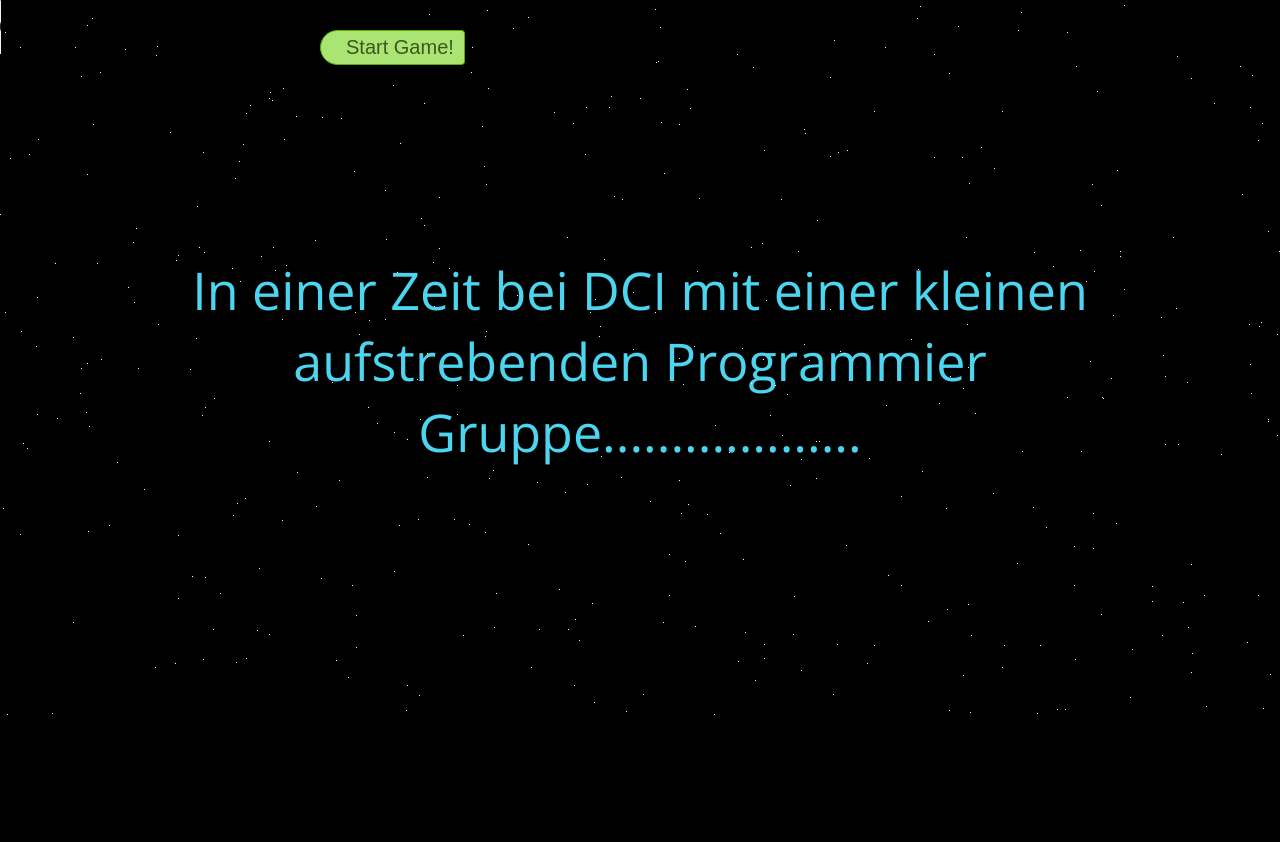
Repository: Der-Metatron/Projekt-Omega-Sprotte
Page: /
These files come from the project's save history. The page is drawn as it stood at one moment and after the next save; the edit follows.
The browser window is 1280 px wide. The pictures show the whole page.
The project was rebuilt for these pictures with package versions that can differ from the ones it lists, and the page was loaded fresh each time. Also part of the build but not shown: src/services/game-control.js, src/components/GameCanvas.jsx, src/components/Footer.jsx.

Above is the page before, as saved 2022-06-23 17:05:35.

### public/index.html
<!DOCTYPE html>
<html lang="de">
  <head>
    <meta charset="UTF-8" />
    <meta name="Metatron" content="width=device-width, initial-scale=1.0" />
    <link rel="stylesheet" href="style.css" />

    <title>Projekt-Omega></title>
  </head>

  <body>
    <!-- <body onload="startGame()"> -->
    <div id="root"></div>
    <!-- TEST -->
    <div id="canvasbackground"></div>
  </body>
</html>

### src/App.js
/* Hier werden die Einzelnen Seiten Hinzugefügt */
import "./App.css";
import { useState } from "react";
import { GameCanvas } from "./components/GameCanvas";
import { Welcome } from "./components/Welcome";
import { Footer } from "./components/Footer";

function App() {
  const [currentPage, setCurrentPage] = useState(0);
  return (
    <div className="App">
      {currentPage === 0 ? (
        <>
          <Welcome
            onContinue={() => {
              setCurrentPage(1);
            }}
          />
        </>
      ) : (
        <>
          <h1>Projekt Omega</h1>
          <GameCanvas />
          <Footer />
        </>
      )}
    </div>
  );
}

export default App;

### src/components/Welcome.jsx
import React from "react";
import "./Welcome.css";
import ReactAudioPlayer from "react-audio-player";

function randomPosition() {
  let y = window.innerWidth;
  let x = window.innerHeight;
  let randomX = Math.floor(Math.random() * x);
  let randomY = Math.floor(Math.random() * y);
  return [randomX, randomY];
}

export const Welcome = ({ onContinue }) => {
  const starDivs = [];
  for (let i = 0; i < 400; i++) {
    let xy = randomPosition();
    starDivs.push(
      <div
        key={i}
        className="stars"
        style={{
          top: xy[0],
          left: xy[1],
        }}
      ></div>
    );
  }
  /* ----------------------------------------------------------------------------- */
  console.log(starDivs);
  /* ------------------------------------------------------------------------------ */
  return (
    <div className="welcome-container">
      {starDivs}

      {/* <!-- Erste Inro laufschrift --> */}

      <section className="intro">
        In einer Zeit bei DCI mit einer kleinen aufstrebenden Programmier
        Gruppe...................
      </section>
      <section className="logo">
        <img src="/img/1mfdt1024.jpg" alt="Projekt-Omega Geschichte" />
      </section>
      <div id="scroller">
        <div id="content">
          <p id="title">Episode DCI Abschlussprojekt</p>
          <br></br>
          <p id="subtitle">Projekt-Omega</p>
          <br />
          <p>
            Du bist alleine mit deinen Raumschiff Omega und kämpfst in einer
            Dystopischen Welt voller feindlichen Gegnern ums überleben.Während
            des 21.Jahrhundert befinden sich in der Umlaufbahn des Planeten Erde
            durch Umweltverschmutzung,zügelloser verbrauch der Ressourcen und
            Machthungriger Politiker Unmengen an Weltraum Schrott, Satelliten
            und Gruppen verschiedener Fraktionen die versuchen dir das Licht
            auszuknipsen dazu kommen nach und nach eine Invasion von Feindlichen
            Flug Objekten dazu und machen dir das Leben zur Hölle. Messe dich
            mit anderen Spielern um die Höchste Punktzahl,verewige dich in der
            Highscore und werde der Ultimative Retter des Universums.
          </p>
          <p>
            Idee: Der Metatron. Programming: Der Metatron, Serdar, Dennis. Musik
            & Sound: Der Metatron. Grafik: Emergancy-Romm Tattoo, Pixbay, Der
            Metatron. Backend: Serdar. Canvas build React: Ralf.
          </p>
          <p>Erstellt mit: Canvas, Html, Reackt, MongoDb, Express, Css.</p>
          <p>
            Danke an alle die uns bei diesen Projekt unterstützt haben und uns
            die gelegenheit gegeben haben unser Ideen zu verwirklichen.Special
            Thanks to Ralf & Chriatian. Und jetzt viel Spaß beim Zocken!!!
          </p>
        </div>
      </div>

      <footer>
        {/* ---------------------AUDIO-------------------------------------------- */}
        <ReactAudioPlayer
          src="/audio/Musik/Projekt Omega cut.mp3"
          autoPlay
          controls
          volume={0.5}
        />
        {/* ----------------------------------------------------------------------- */}
        <button
          onClick={() => {
            onContinue();
          }}
        >
          Start Game!
        </button>
      </footer>
    </div>
  );
};

### src/components/GameCanvas.css
canvas {
  background-color: rgba(168, 35, 35, 0.8);
  padding-left: 0;
  padding-right: 0;
  margin-left: auto;
  margin-right: auto;
  display: block;
  width: 1224px;
  height: 640px;
  padding: 1rem;
}

/* ------------------------Animierter Hintergrund-------------------------------- */
body {
  background: linear-gradient(-45deg, #ee7752, #000000, #d5c623, #821b04);
  background-size: 400% 400%;
  animation: gradient 15s ease infinite;
}
@keyframes gradient {
  0% {
    background-position: 0% 50%;
  }
  50% {
    background-position: 100% 50%;
  }
  100% {
    background-position: 0% 50%;
  }
}
/* ------------------------------------------------------------------------------- */

.player {
  color: brown;
  align-items: flex-end;
}

### src/components/Welcome.css
@import url("https://fonts.googleapis.com/css2?family=Open+Sans&display=swap");

body {
  margin: 0;
  background-color: #000;
  overflow: hidden !important;
}

body::after {
  content: "";
  position: fixed;
  top: 0;
  left: 0;
  width: 100%;
  height: 80vh;
  background: linear-gradient(
    to bottom,
    rgba(0, 0, 0, 1) 61%,
    rgba(0, 0, 0, 0.54) 79%,
    rgba(0, 0, 0, 0) 100%
  );
  z-index: 1;
}

.stars {
  position: absolute;
  width: 1px;
  height: 1px;
  background-color: #fff;
  z-index: 3; /* davor oder dahinter legen */
}

.intro {
  position: absolute;
  top: 50%;
  left: 50%;
  transform: translate(-50%, -50%);
  z-index: 2;
  color: rgb(75, 213, 238);
  font-family: "Open Sans", sans-serif;
  font-weight: 500;
  font-size: 3.25rem;
  width: 80%;
  opacity: 0;
  animation: intro 6s ease-out 0.5s;
}

@keyframes intro {
  0% {
    opacity: 0;
  }
  20% {
    opacity: 1;
  }
  90% {
    opacity: 1;
  }
  100% {
    opacity: 0;
  }
}

.logo {
  position: absolute;
  top: 50%;
  left: 50%;
  transform: translate(-50%, -50%);
  z-index: 2;
  width: 100%;
  opacity: 0;
  animation: logo 10s ease-out 9s;
}

.logo img {
  width: inherit;
}

@keyframes logo {
  0% {
    opacity: 1;
    transform: translate(-50%, -50%) scale(2);
  }
  70% {
    opacity: 1;
  }
  100% {
    opacity: 0;
    transform: translate(-50%, -50%) scale(0.1);
  }
}

p {
  color: #ffe81f;
}

#scroller {
  font-family: sans-serif;
  font-weight: bold;
  font-size: 350%;
  text-align: justify;
  overflow: hidden;
  height: 50em;
  width: 20em;
  position: absolute;
  bottom: 0;
  left: 50%;
  margin-left: -10em;
  z-index: 0;
  transform: perspective(350px) rotateX(25deg);
  transform-origin: 50% 100%;
}

#scroller::after {
  position: absolute;
  content: "";
  bottom: 60%;
  left: 0;
  right: 0;
  top: 0;
}

#content {
  position: absolute;
  top: 100%;
  animation: scoller 100s linear 16s;
}

@keyframes scoller {
  0% {
    top: 100%;
  }
  100% {
    top: -200%;
  }
}

#title,
#subtitle {
  text-align: center;
  line-height: 1.5rem;
}

#subtitle {
  text-transform: uppercase;
  font-size: 3.5rem;
}

footer {
  position: absolute;
  z-index: 13;
}
/*  */
button {
  display: inline-block;
  margin: 20px;
  text-decoration: none;
  font-family: Arial;
  font-size: 20px;
  border: 1px solid #56ae00;
  border-radius: 25px 5px 5px 25px;
  background-color: #aae472;
  color: #3c5721;
  padding: 5px 10px 5px 25px;
}
button:hover {
  padding: 5px 25px 5px 10px;
  border-radius: 5px 25px 25px 5px;
}

.button1 {
  position: absolute;
  z-index: 11;
  float: right;
  margin-left: 0.5em;
}

Loaded but not shown: src/index.js (common file); src/index.css (common file); src/reportWebVitals.js (common file); src/App.css (common file); public/style.css (empty)

After the next save:
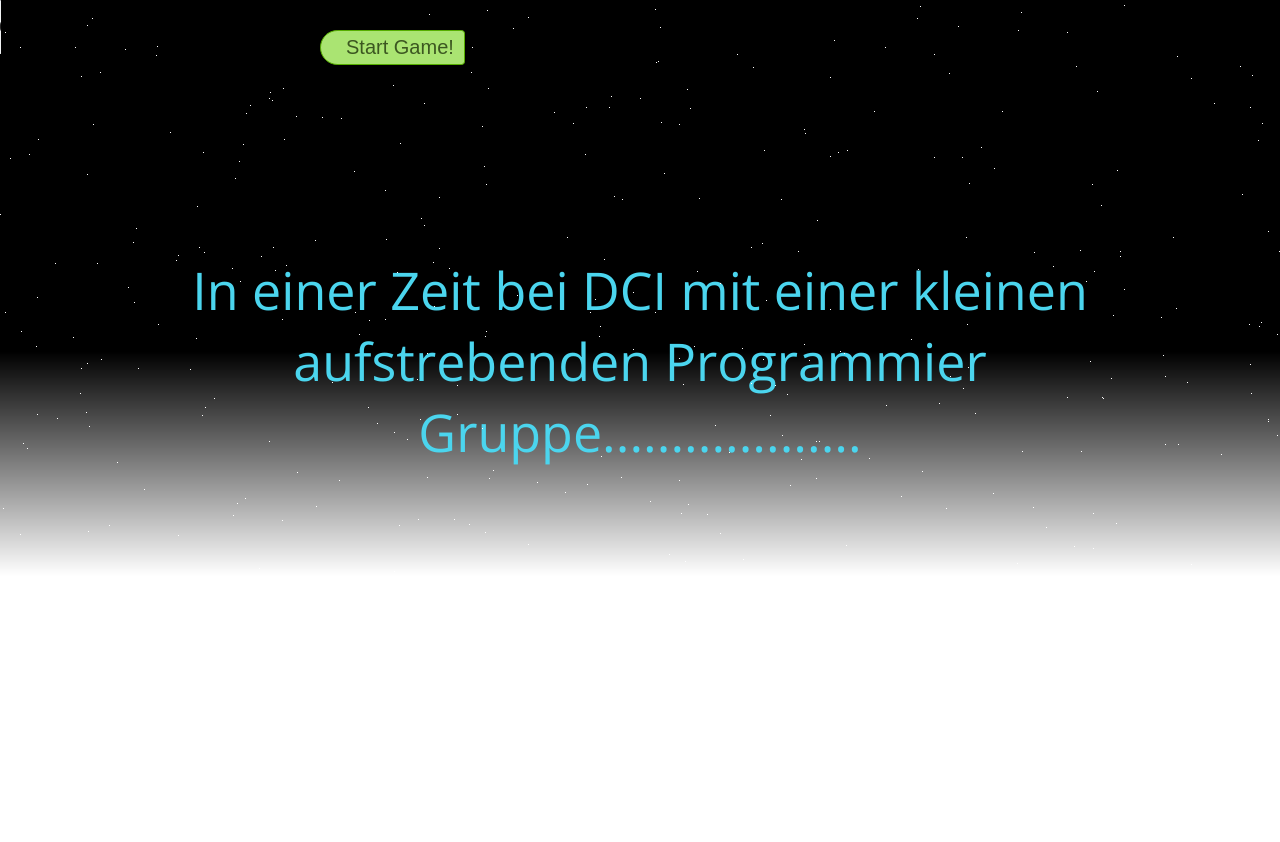
Saved 2 min 16 s later.
--- a/src/components/Welcome.css
+++ b/src/components/Welcome.css
@@ -1,10 +1,4 @@
 @import url("https://fonts.googleapis.com/css2?family=Open+Sans&display=swap");
-
-body {
-  margin: 0;
-  background-color: #000;
-  overflow: hidden !important;
-}
 
 body::after {
   content: "";

After the save that followed:
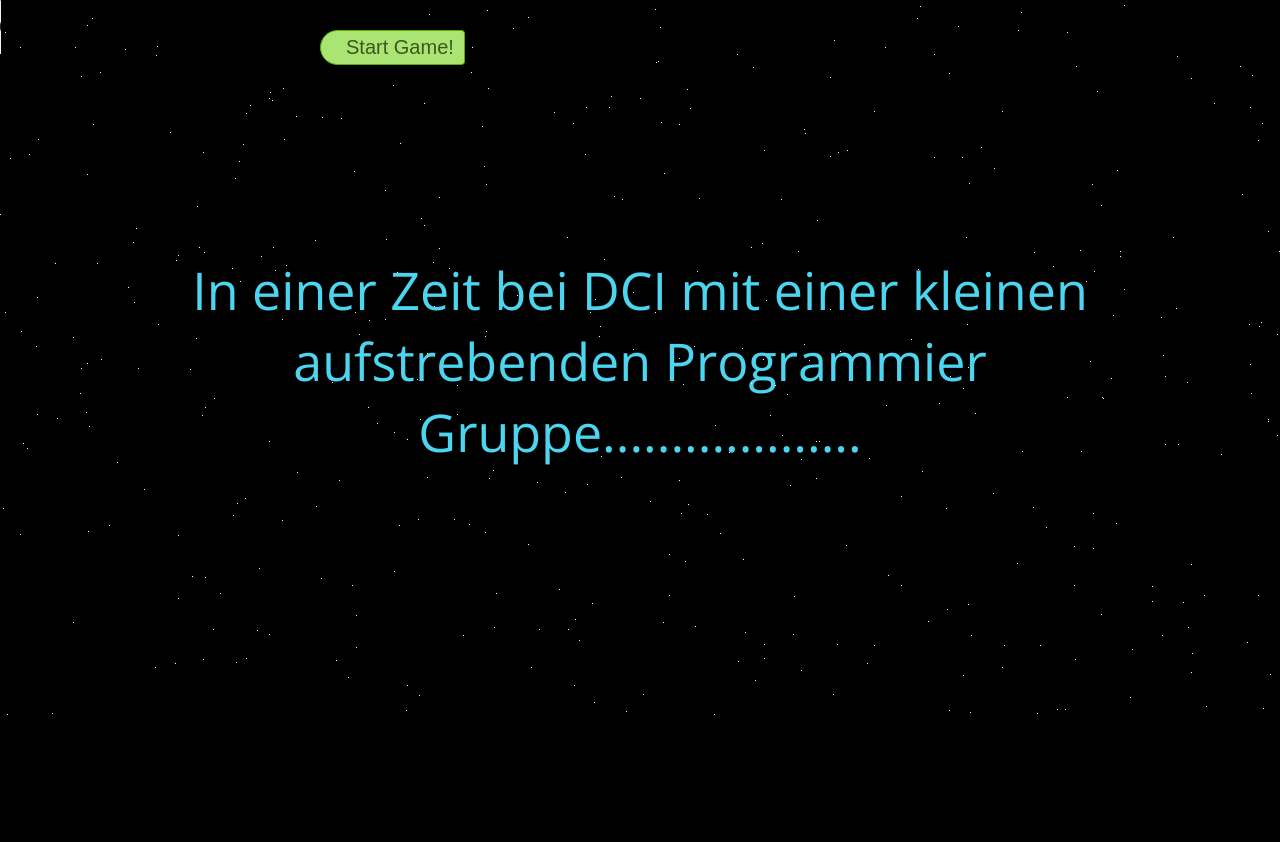
Saved 26 s later.
--- a/src/components/Welcome.css
+++ b/src/components/Welcome.css
@@ -1,4 +1,10 @@
 @import url("https://fonts.googleapis.com/css2?family=Open+Sans&display=swap");
+
+body {
+  margin: 0;
+  background-color: #000;
+  overflow: hidden !important;
+}
 
 body::after {
   content: "";
